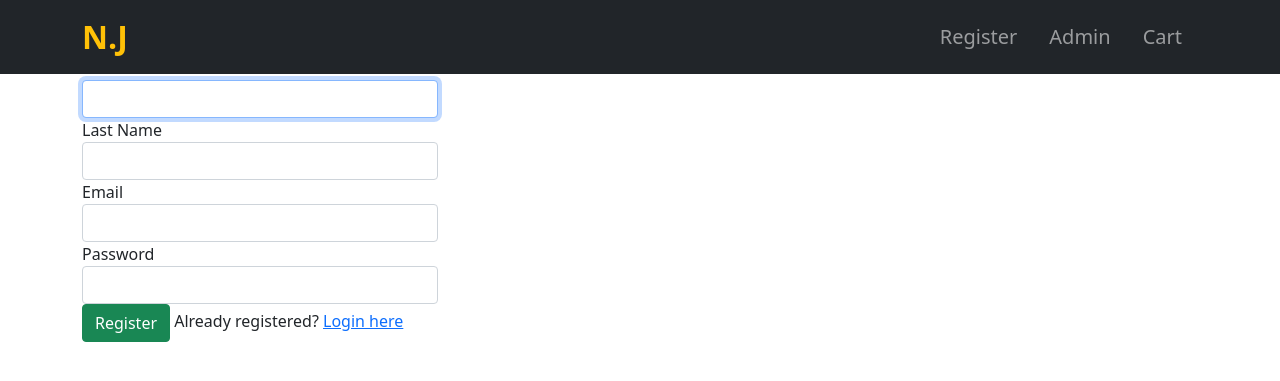
Repository: Niks4u2/SportyShoes
Page: http://localhost/registration
These files come from the project's save history. The page is drawn as it stood at one moment and after the next save; the edit follows.
The browser window is 1280 px wide. The pictures show the whole page.
Some web libraries are served in a nearby version. The page is this project's Thymeleaf template; nobody is signed in. The template is opened directly, without the code that normally fills it, so the values that code supplies are empty.

Above is the page before, as saved 2021-11-07 17:27:43.

After the next save:
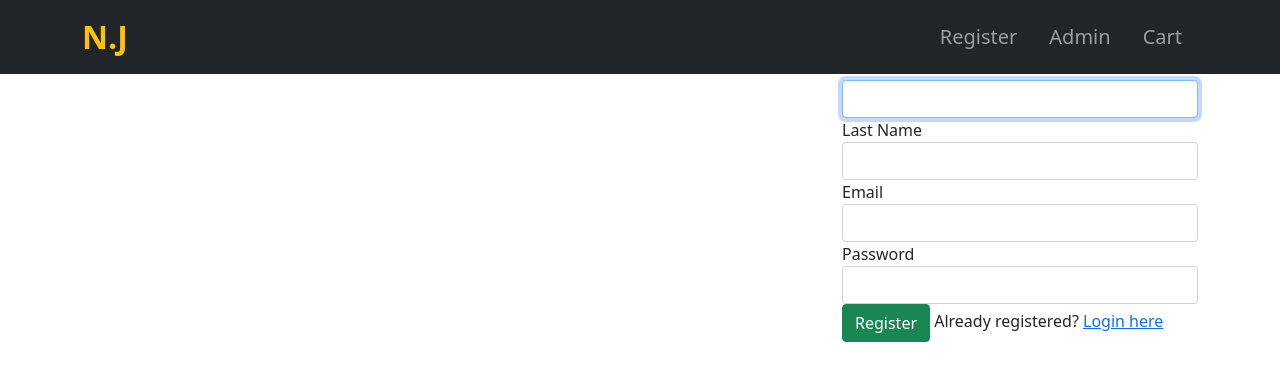
Saved 5 min 10 s later.
--- a/Source Code/sporty-shoes/src/main/resources/templates/registration.html
+++ b/Source Code/sporty-shoes/src/main/resources/templates/registration.html
@@ -42,7 +42,8 @@
 	<!-- Create HTML registration form -->
 	<div class="container">
 		<div class="row">
-			<div class="col-md-4 col-md-offset-4">
+			    <div class="col"></div>
+			<div class="col-md-4">
 
 				<!-- success message -->
 				<div th:if="${param.success}">
